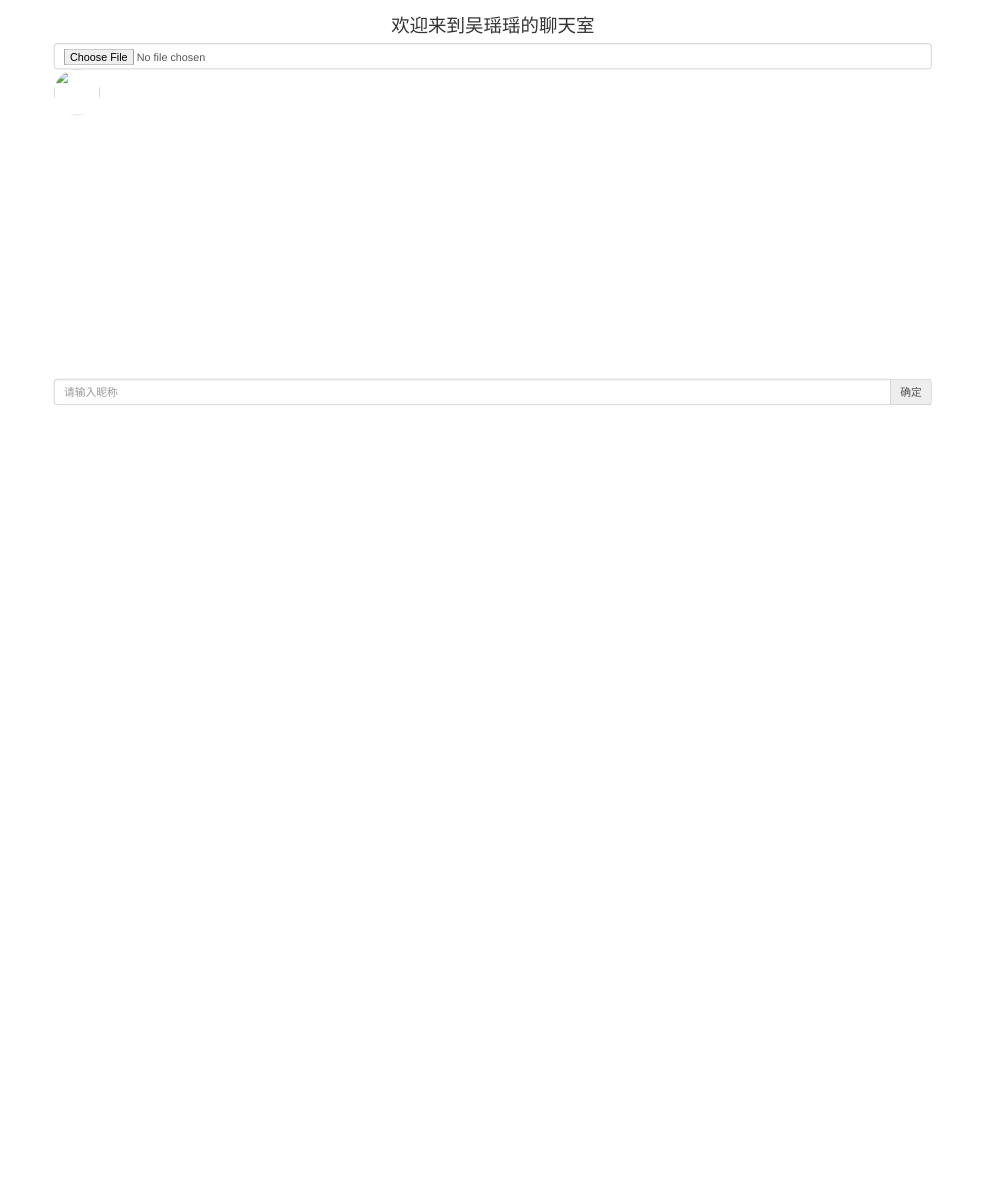
Repository: wyy511/node-socket.io
Page: client.html
The author's editor kept a copy of each file at every save. The page is drawn from the files as they stood at one save, then again after the next save.
The browser window is 1280 px wide. The pictures show the whole page, at 77% of full size.
The page's requests for data from a server got no answer. Some web libraries are served in a nearby version.

Above is the page before, as saved 2019-11-21 15:25:31.
Console error (its wording comes from the project's code and is left out).

### client.html
<!DOCTYPE html>
<html lang="en">
<head>
  <meta charset="UTF-8">
  <meta name="viewport" content="width=device-width, initial-scale=1.0">
  <meta http-equiv="X-UA-Compatible" content="ie=edge">
  <title>吴瑶瑶的聊天室</title>
  <style>
    *{
      margin: 0;
      padding: 0;
    }
    .container {
      width: 100%;
      height: 100%;
      overflow: hidden;
    }
    .title {
      text-align: center;
    }
    .login-input {
      margin-top: 30%;
    }
    .avatar {
      width: 60px;
      height: 60px;
      border-radius: 50%;
    }
    #msgBox {
      display: none;
    }
    #content {
      height: -webkit-calc(100vh - 150px);
      height: -moz-calc(100vh - 150px);
      height: -ms-calc(100vh - 150px);
      height: -o-calc(100vh - 150px);
      height: calc(100vh - 100px);
    }
    .content-title {
      text-align: center;
    }
    .content-left {
      text-align: left;
    }
    .content-right {
      text-align: right;
    }
    footer {
      position: absolute;
      left: 0;
      right: 0;
      bottom: 0;
    }
  </style>
  <!-- 最新版本的 Bootstrap 核心 CSS 文件 -->
<link rel="stylesheet" href="https://cdn.jsdelivr.net/npm/bootstrap@3.3.7/dist/css/bootstrap.min.css" integrity="sha384-BVYiiSIFeK1dGmJRAkycuHAHRg32OmUcww7on3RYdg4Va+PmSTsz/K68vbdEjh4u" crossorigin="anonymous">
<!-- 最新的 Bootstrap 核心 JavaScript 文件 -->
<script src="https://cdn.jsdelivr.net/npm/bootstrap@3.3.7/dist/js/bootstrap.min.js" integrity="sha384-Tc5IQib027qvyjSMfHjOMaLkfuWVxZxUPnCJA7l2mCWNIpG9mGCD8wGNIcPD7Txa" crossorigin="anonymous"></script>
</head>
<body>
  <div class="container">
    <header>
      <h3 class="title">欢迎来到吴瑶瑶的聊天室</h3>
    </header>
    <div id="nameBox">
      <div class="login-avatar">
        <input accept="image/png,image/gif,image/jpeg" class="form-control" type="file" onchange='uploadImage(this)'/>
        <img src="" id="upload-avatar" class="avatar" />
      </div>
      <div class="input-group login-input">
        <input id="name" class="form-control" type="text" placeholder="请输入昵称" />
        <span id="nameBtn" class="input-group-addon">确定</span>
      </div>
      <div id="imgPreview" style='width: 500px; height: 400px;'>
      </div>
    </div>
    <div id="content"></div>
    <footer>
      <div id="msgBox">
        <div class="input-group">
          <input id="msg" class="form-control" type="text" onkeydown="enterChart(event)" placeholder="请输入内容" />
          <span id="msgBtn" class="input-group-addon" onclick="sendChart()">发送</span>
        </div>
      </div>
    </footer>
  </div>
  <script type="text/javascript" src="https://cdn.bootcss.com/socket.io/2.3.0/socket.io.js"></script>
  <script type="text/javascript">
    var socket = io.connect('ws://172.19.162.86:3000');
    var name = '';
    var userId = '';
    const msgBtn = document.getElementById('msgBtn');
    const msgEl = document.getElementById('msg');
    const nameBtn = document.getElementById('nameBtn');
    const nameEl = document.getElementById('name');
    const msgBox = document.getElementById('msgBox');
    const nameBox = document.getElementById('nameBox');
    const content = document.getElementById('content');
    nameBtn.onclick = () => {
      const val = nameEl.value;
      if (!val) return;
      name = val;
      userId = val;
      socket.emit('changeName', name);
      nameEl.value = '';
      nameBox.style.display = 'none';
      msgBox.style.display = 'block';
    }
    // 如果客户端监听到socket消息，那么执行这个方法里的回调，且得到广播的消息
    socket.on("changeName", data => {
      var p = document.createElement("p");
      p.className = "content-title";
      p.innerText = data.msg;
      content.appendChild(p);
    })
    // 上传图片部分
    function uploadImage(img) {
      // 生成一个文件读取的对象
      const reader = new FileReader();
      reader.onload = function (ev) {
          // base64码
          var { result } = ev.target;//或e.target都是一样的
          // document.querySelector("img").src= ev.target.result;
          document.getElementById("upload-avatar").src = result;
          console.log(result)
      }
      //发起异步读取文件请求，读取结果为data:url的字符串形式，
      reader.readAsDataURL(img.files[0]);
    }
    function enterChart (e) {
      if (e.keyCode === 13) {
        sendChart();
      }
    }
    function sendChart () {
      const val = msgEl.value;
      if (!val) return;
      msgEl.value = '';
      socket.emit('chat', {
        userId,
        name,
        msg: val
      });
    }
    // 如果客户端监听到socket消息，那么执行这个方法里的回调，且得到广播的消息
    socket.on("chat", (data) => {
      var p = document.createElement("p");
      p.innerText = data.msg;
      console.log(data.userId, userId)
      if (data.userId === userId) {
        p.className = "content-right";
      } else {
        p.className = "content-left";
      }
      content.appendChild(p);
    })
  </script>
</body>
</html>

After the next save:
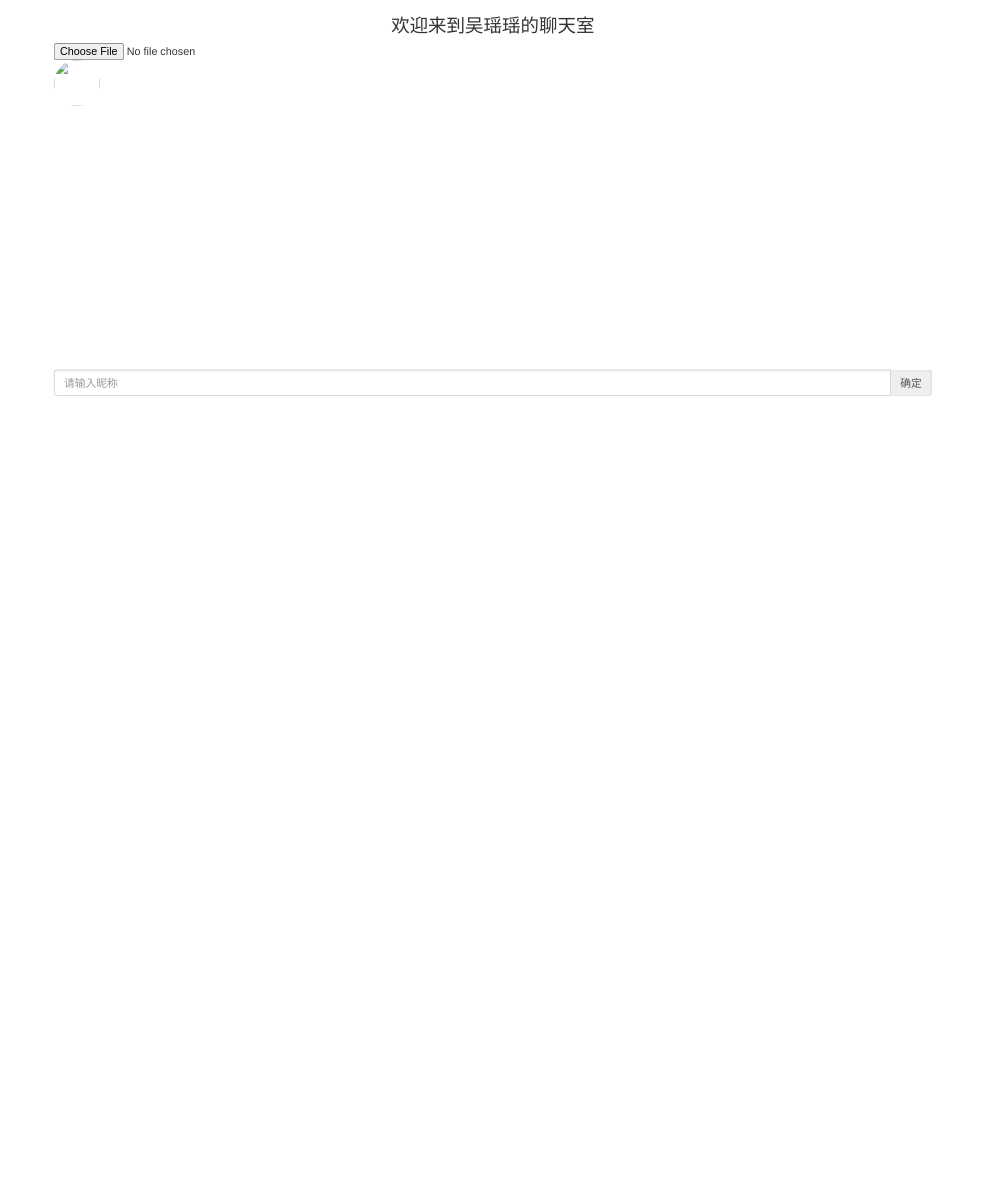
Saved 31 s later.
--- a/client.html
+++ b/client.html
@@ -64,7 +64,7 @@
     </header>
     <div id="nameBox">
       <div class="login-avatar">
-        <input accept="image/png,image/gif,image/jpeg" class="form-control" type="file" onchange='uploadImage(this)'/>
+        <input accept="image/png,image/gif,image/jpeg" type="file" onchange='uploadImage(this)'/>
         <img src="" id="upload-avatar" class="avatar" />
       </div>
       <div class="input-group login-input">
